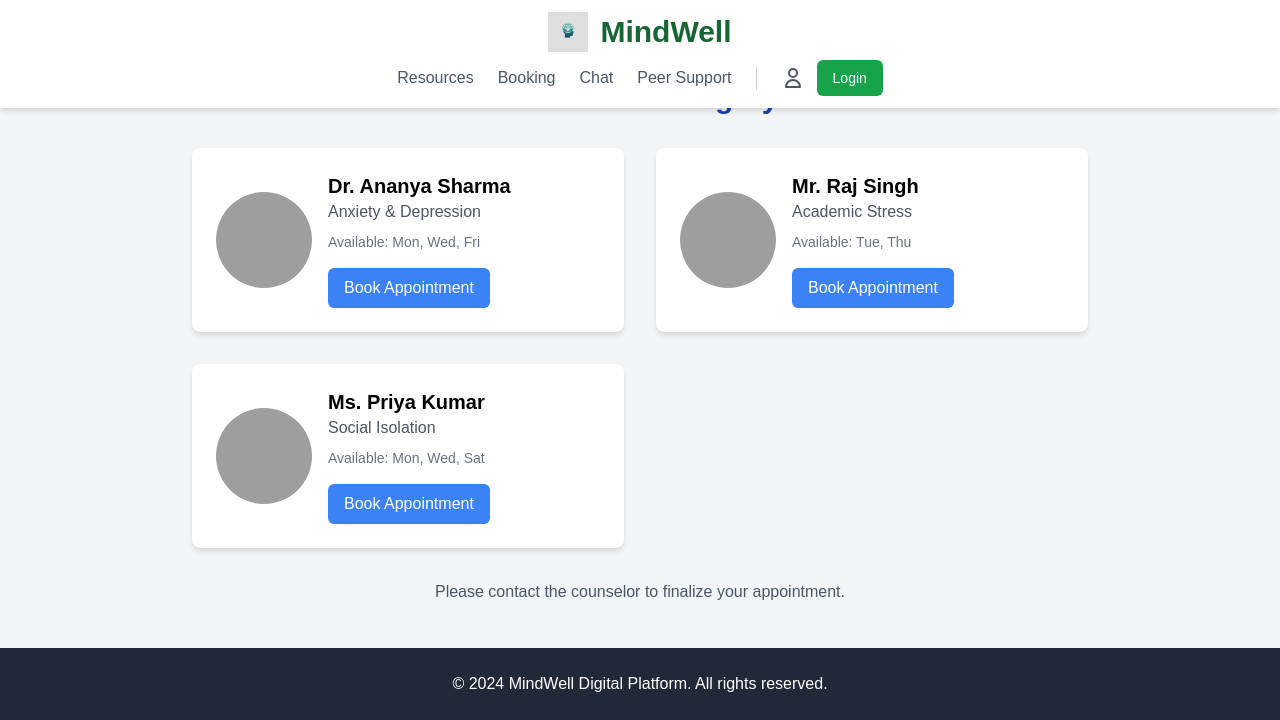
Repository: alokse24b01025/mentalhealth-project-sih-
Page: /booking (app in p1/)
These files come from the project's save history. The page is drawn as it stood at one moment and after the next save; the edit follows.
The browser window is 1280 px wide. The pictures show the whole page.
Pictures or frames that could not be fetched are drawn as grey boxes. An inner scrolling area shows only its first screen. The project was rebuilt for these pictures with package versions that can differ from the ones it lists, and the page was loaded fresh each time. Also part of the build but not shown: p1/vite.config.js, p1/src/pages/HomePage.jsx, p1/src/components/Chatbot.jsx, p1/src/pages/ChatPage.jsx, p1/src/components/ResourceCard.jsx, p1/src/data/mockResources.js, p1/src/pages/ResourcesPage.jsx, p1/src/components/PeerSupport.jsx and 3 more.

Above is the page before, as saved 2025-09-10 12:21:24.

After the next save:
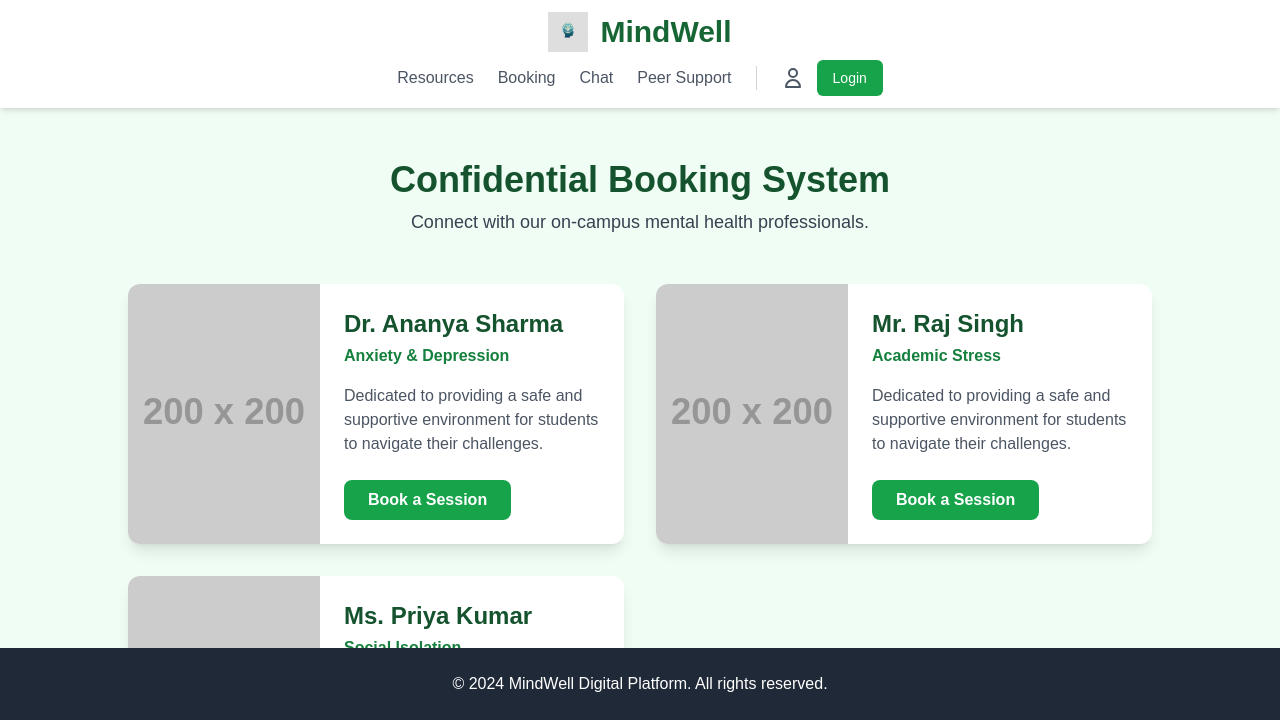
Saved 118 s later.
--- a/p1/src/pages/BookingPage.jsx
+++ b/p1/src/pages/BookingPage.jsx
@@ -1,22 +1,60 @@
 import React from 'react';
 import Header from '../components/Header';
 import Footer from '../components/Footer';
-import CounselorCard from '../components/CounselorCard';
 import { mockCounselors } from '../data/mockCounselors';
 
+// This is the redesigned, themed card for displaying a single counselor.
+const CounselorCard = ({ counselor }) => {
+  return (
+    <div className="bg-white rounded-xl shadow-lg hover:shadow-2xl hover:scale-105 transform transition-all duration-300 overflow-hidden flex flex-col sm:flex-row items-center">
+      <img
+        src={`https://placehold.co/200x200/a7f3d0/166534?text=${counselor.name.split(' ').map(n=>n[0]).join('')}`}
+        alt={`Portrait of ${counselor.name}`}
+        className="w-full h-48 sm:h-full sm:w-48 object-cover"
+        onError={(e) => { e.target.onerror = null; e.target.src=`https://placehold.co/200x200/e0e0e0/555555?text=Image+Not+Found`; }}
+      />
+      <div className="p-6 flex-1">
+        <h3 className="text-2xl font-bold text-green-900">{counselor.name}</h3>
+        <p className="text-md text-green-700 font-semibold mt-1">{counselor.specialty}</p>
+        <p className="text-gray-600 mt-4">
+          Dedicated to providing a safe and supportive environment for students to navigate their challenges.
+        </p>
+        <button className="mt-6 w-full sm:w-auto bg-green-600 text-white font-bold py-2 px-6 rounded-lg hover:bg-green-700 transition-colors">
+          Book a Session
+        </button>
+      </div>
+    </div>
+  );
+};
+
+
+// This is the main page component with the corrected layout.
 const BookingPage = () => {
   return (
-    <div className="min-h-screen flex flex-col">
+    // This creates a full-height, vertical layout for the entire page
+    <div className="h-screen flex flex-col bg-green-50">
       <Header />
-      <main className="flex-1 p-8 bg-gray-100 pt-20">
-        <h2 className="text-3xl font-bold mb-8 text-center text-blue-800">Confidential Booking System</h2>
-        <div className="grid lg:grid-cols-2 gap-8 max-w-4xl mx-auto">
+
+      {/* This main section takes up all remaining space and handles its own scrolling */}
+      <main className="flex-1 overflow-y-auto p-8 pt-40">
+
+        {/* The title is now guaranteed to be visible */}
+        <div className="text-center mb-12">
+          <h2 className="text-4xl font-bold text-green-900">Confidential Booking System</h2>
+          <p className="mt-2 text-lg text-gray-700">Connect with our on-campus mental health professionals.</p>
+        </div>
+
+        {/* The grid now uses the redesigned CounselorCard */}
+        <div className="grid md:grid-cols-2 gap-8 max-w-5xl mx-auto">
           {mockCounselors.map(counselor => (
             <CounselorCard key={counselor.id} counselor={counselor} />
           ))}
         </div>
-        <p className="text-center mt-8 text-gray-600">Please contact the counselor to finalize your appointment.</p>
+
+        <p className="text-center mt-12 text-gray-600">Please note: Clicking "Book a Session" will open a scheduling tool (feature to be implemented).</p>
+
       </main>
+
       <Footer />
     </div>
   );

After the save that followed:
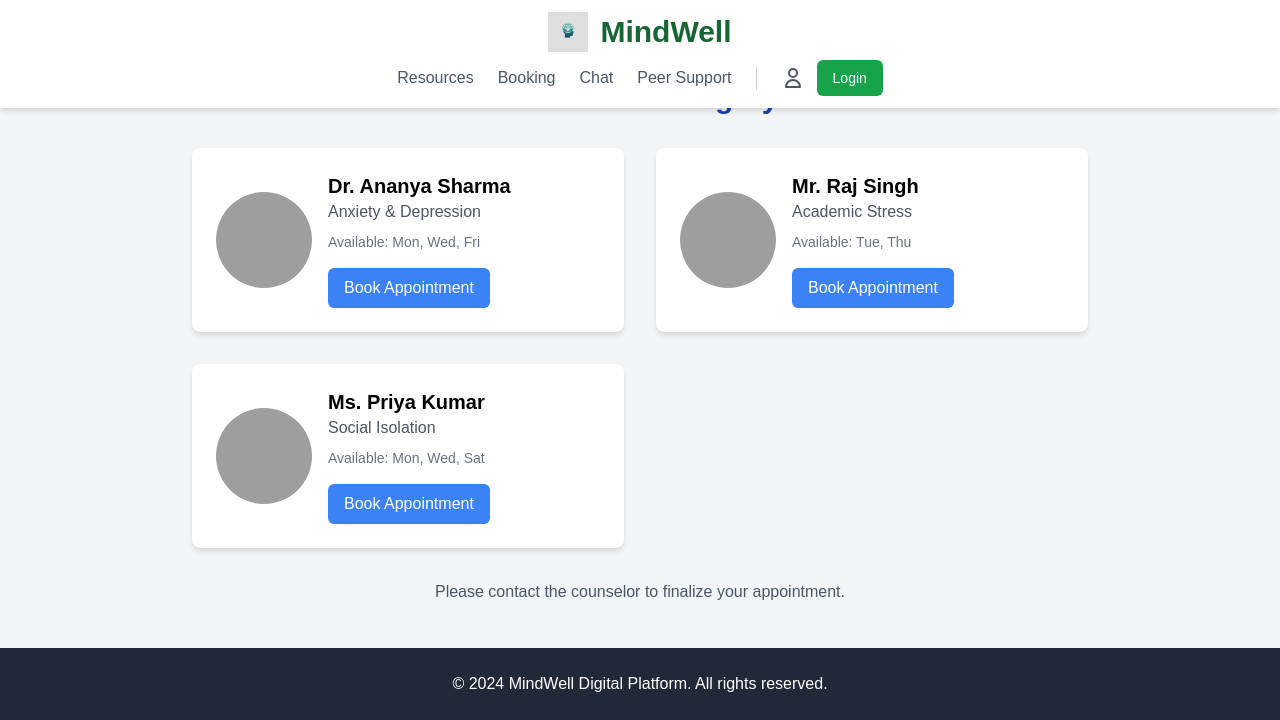
Saved 6 s later.
--- a/p1/src/pages/BookingPage.jsx
+++ b/p1/src/pages/BookingPage.jsx
@@ -1,60 +1,22 @@
 import React from 'react';
 import Header from '../components/Header';
 import Footer from '../components/Footer';
+import CounselorCard from '../components/CounselorCard';
 import { mockCounselors } from '../data/mockCounselors';
 
-// This is the redesigned, themed card for displaying a single counselor.
-const CounselorCard = ({ counselor }) => {
-  return (
-    <div className="bg-white rounded-xl shadow-lg hover:shadow-2xl hover:scale-105 transform transition-all duration-300 overflow-hidden flex flex-col sm:flex-row items-center">
-      <img
-        src={`https://placehold.co/200x200/a7f3d0/166534?text=${counselor.name.split(' ').map(n=>n[0]).join('')}`}
-        alt={`Portrait of ${counselor.name}`}
-        className="w-full h-48 sm:h-full sm:w-48 object-cover"
-        onError={(e) => { e.target.onerror = null; e.target.src=`https://placehold.co/200x200/e0e0e0/555555?text=Image+Not+Found`; }}
-      />
-      <div className="p-6 flex-1">
-        <h3 className="text-2xl font-bold text-green-900">{counselor.name}</h3>
-        <p className="text-md text-green-700 font-semibold mt-1">{counselor.specialty}</p>
-        <p className="text-gray-600 mt-4">
-          Dedicated to providing a safe and supportive environment for students to navigate their challenges.
-        </p>
-        <button className="mt-6 w-full sm:w-auto bg-green-600 text-white font-bold py-2 px-6 rounded-lg hover:bg-green-700 transition-colors">
-          Book a Session
-        </button>
-      </div>
-    </div>
-  );
-};
-
-
-// This is the main page component with the corrected layout.
 const BookingPage = () => {
   return (
-    // This creates a full-height, vertical layout for the entire page
-    <div className="h-screen flex flex-col bg-green-50">
+    <div className="min-h-screen flex flex-col">
       <Header />
-
-      {/* This main section takes up all remaining space and handles its own scrolling */}
-      <main className="flex-1 overflow-y-auto p-8 pt-40">
-
-        {/* The title is now guaranteed to be visible */}
-        <div className="text-center mb-12">
-          <h2 className="text-4xl font-bold text-green-900">Confidential Booking System</h2>
-          <p className="mt-2 text-lg text-gray-700">Connect with our on-campus mental health professionals.</p>
-        </div>
-
-        {/* The grid now uses the redesigned CounselorCard */}
-        <div className="grid md:grid-cols-2 gap-8 max-w-5xl mx-auto">
+      <main className="flex-1 p-8 bg-gray-100 pt-20">
+        <h2 className="text-3xl font-bold mb-8 text-center text-blue-800">Confidential Booking System</h2>
+        <div className="grid lg:grid-cols-2 gap-8 max-w-4xl mx-auto">
           {mockCounselors.map(counselor => (
             <CounselorCard key={counselor.id} counselor={counselor} />
           ))}
         </div>
-
-        <p className="text-center mt-12 text-gray-600">Please note: Clicking "Book a Session" will open a scheduling tool (feature to be implemented).</p>
-
+        <p className="text-center mt-8 text-gray-600">Please contact the counselor to finalize your appointment.</p>
       </main>
-
       <Footer />
     </div>
   );
